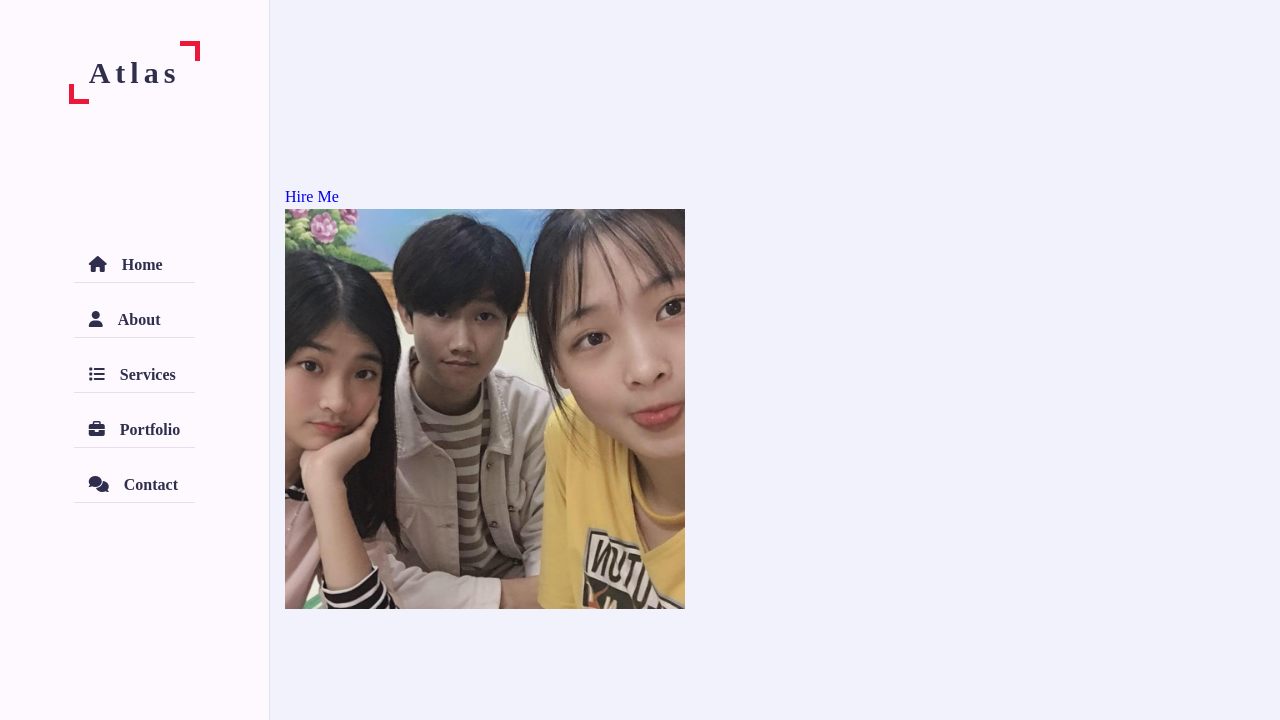
Repository: luanhoang0902/portfolio-ui
Page: index.html
The author's editor kept a copy of each file at every save. The page is drawn from the files as they stood at one save, then again after the next save.
The browser window is 1280 px wide. The pictures show the whole page.
Some web fonts or font styles are not loaded; a fallback is used. Some web libraries are served in a nearby version.

Above is the page before, as saved 2022-06-02 15:00:23.

### index.html
<!DOCTYPE html>
<html lang="en">
  <head>
    <meta charset="UTF-8" />
    <meta http-equiv="X-UA-Compatible" content="IE=edge" />
    <meta name="viewport" content="width=device-width, initial-scale=1.0" />
    <title>Document</title>

    <!--  ===== CSS Files ===== -->
    <link rel="stylesheet" href="./css/style.css" />
    <link rel="stylesheet" href="./css/skins/color-1.css" />
    <link
      rel="stylesheet"
      href="https://cdnjs.cloudflare.com/ajax/libs/font-awesome/6.1.1/css/all.min.css"
    />
  </head>
  <body>
    <!--  ===== Main Container Start> ===== -->
    <div class="main-container">
      <!--  ===== Aside Start> ===== -->
      <div class="aside">
        <div class="logo">
          <a href="#"><span>A</span>tlas</a>
        </div>
        <div class="nav-toggler">
          <span></span>
        </div>
        <ul class="nav">
          <li><a href="#"><i class="fa fa-home" class = "active"></i>Home</a></li>
          <li><a href="#"><i class="fa fa-user"></i>About</a></li>
          <li><a href="#"><i class="fa fa-list"></i>Services</a></li>
          <li><a href="#"><i class="fa fa-briefcase"></i>Portfolio</a></li>
          <li><a href="#"><i class="fa fa-comments"></i>Contact</a></li>
        </ul>
      </div>
      <!--  ===== Aside End> ===== -->
      <!--  ===== Main Content Start> ===== -->
      <div class="main-content">
        <!--  ===== Home Selection Start> ===== -->
        <section class="home section">
          <div class="container">
            <div class="row">
              <div class="homer-info">
                <h3 class="hello">Hello, my name is <span class="name">Alimi Mousaad</span></h3>
                <h3 class="my-profession">I'm a <span class="typing">web designer</span></h3>
                <p>Lorem ipsum, dolor sit amet consectetur adipisicing elit. Molestiae quos assumenda at illum nisi dolores sequi quisquam? Eaque, earum temporibus.</p>
                <a href="#contact" class = "btn hire-me">Hire Me</a>
              </div>
              <div class="home-img">
                <img src="./images/avatar.JPG" alt="">
              </div>
            </div>
          </div>
        </section>
        <!--  ===== Home Selection End> ===== -->
      </div>
       <!--  ===== Main Content End> ===== -->
    </div>
    <!--  ===== Main Container End> ===== -->
    <!--  ===== JS Files ===== -->
    <script src="js/script.js"></script>
  </body>
</html>

### css/style.css
/* import font chữ vào */
@import url('https://fonts.googleapis.com/css2?family=Clicker+Script&family=Montserrat:ital,wght@1,100&family=Poppins:ital,wght@0,200;0,300;0,400;0,500;0,700;1,600&display=swap');
/* Khai báo biến */
:root
{
    --bg-black-900: #f2f2fc;
    --bg-black-100: #fdf9ff;
    --bg-balck-50: #e8dfec;

    --text-black-900: #302e4d;
    --text-black-700: #504e70;
}

body
{
    line-height: 1.5;
    font-size: 16px;
    font-family: 'Poopins' sans-serif;
}

*
{
    margin: 0;
    padding: 0;
    outline: none;
    text-decoration: none;
    box-sizing: border-box;
}

::before,::after {
    box-sizing: border-box;
}

ul
{
    list-style: none;
}

.section
{
    background: var(--bg-black-900);
    min-height: 100vh;
    display: block;
    position: fixed;
    padding: 0 30px;
    left: 270px;
    top: 0;
    right: 0;
    opacity: 1;
}
.padd-15
{
    padding-left: 15px;
    padding-right: 15px;
}
.container
{
    max-width: 1100px;
    width: 100%;
    margin: auto;
}
.row
{
    display: flex;
    flex-wrap: wrap;
    margin-left: -15px;
    margin-right: -15px;
    position: relative;
}
/* aside */
.aside
{
    position: fixed;
    left: 0;
    top: 0;

    display: flex;
    justify-content: center;
    align-items: center;

    width: 270px;

    background: var(--bg-black-100);

    border-right: 1px solid var(--bg-balck-50);
    padding: 30px;
    height: 100%;
    z-index: 10;
}
.aside .logo
{
    position: absolute;
    top: 50px;
    font-size: 30px;
    text-transform: capitalize;
}
.aside .logo a
{
    position: relative;
    color: var(--text-black-900);
    font-weight: 700;

    padding: 15px 20px;
    font-size:30px;
    letter-spacing: 5px;
}
.aside .logo a span
{
    font-family: 'Click Script', cursive;
    font-family: 40px;
}
.aside .logo a::before
{
    content: '';
    position: absolute;
    bottom: 0;
    left: 0;
    width: 20px;
    height: 20px;

    border-bottom: 5px solid var(--skin-color);
    border-left: 5px solid var(--skin-color);
}
.aside .logo a::after
{
    content: '';
    position: absolute;
    top: 0;
    right: 0;
    width: 20px;
    height: 20px;

    border-top: 5px solid var(--skin-color);
    border-right: 5px solid var(--skin-color);
}
.aside .nav-toggler
{
    height: 40px;
    width: 45px;
    border: 1px solid var(--bg-balck-50);
    cursor: pointer;
    position: fixed;
    left: 300px;
    top: 20px;
    border-radius: 5px;
    background: var(--bg-balck-100);
    display: none;
    justify-content: center;
    align-items: center;
}
.aside .nav-toggler span
{
    height: 2px;
    width: 18px;
    background: var(--skin-color);
    display: inline-block;
    position: relative;
}
.aside .nav-toggler span::before
{
    content: '';
    height: 2px;
    width: 18px;
    background: var(--skin-color);
    position: absolute;
    top: -6px;
    left: 0;
}
.aside .nav-toggler span::after
{
    content: '';
    height: 2px;
    width: 18px;
    background: var(--skin-color);
    position: absolute;
    top: 6px;
    left: 0;
}
.aside .nav
{
    margin-top: 50px;
}
.aside .nav li
{
    margin-bottom: 20px;
    display: block;
}
.aside .nav li a
{
    font-size: 16px;
    font-weight: 600;
    display: block;
    border-bottom: 1px solid var(--bg-balck-50);
    color: var(--text-black-900);
    padding: 5px 15px;
}
.aside .nav li a.active
{
    color: var(--skin-color);
}
.aside .nav li a i
{
    margin-right: 15px;
}
/* Home */
.home
{
    min-height: 100vh;
    display: flex;
    color: var(--bg-black-900);

}
.home .home-img img
{
    height: 400px;

}

Loaded but not shown: css/skins/color-1.css (common file); js/script.js (no copy from this time; the picture is the same without it)

After the next save:
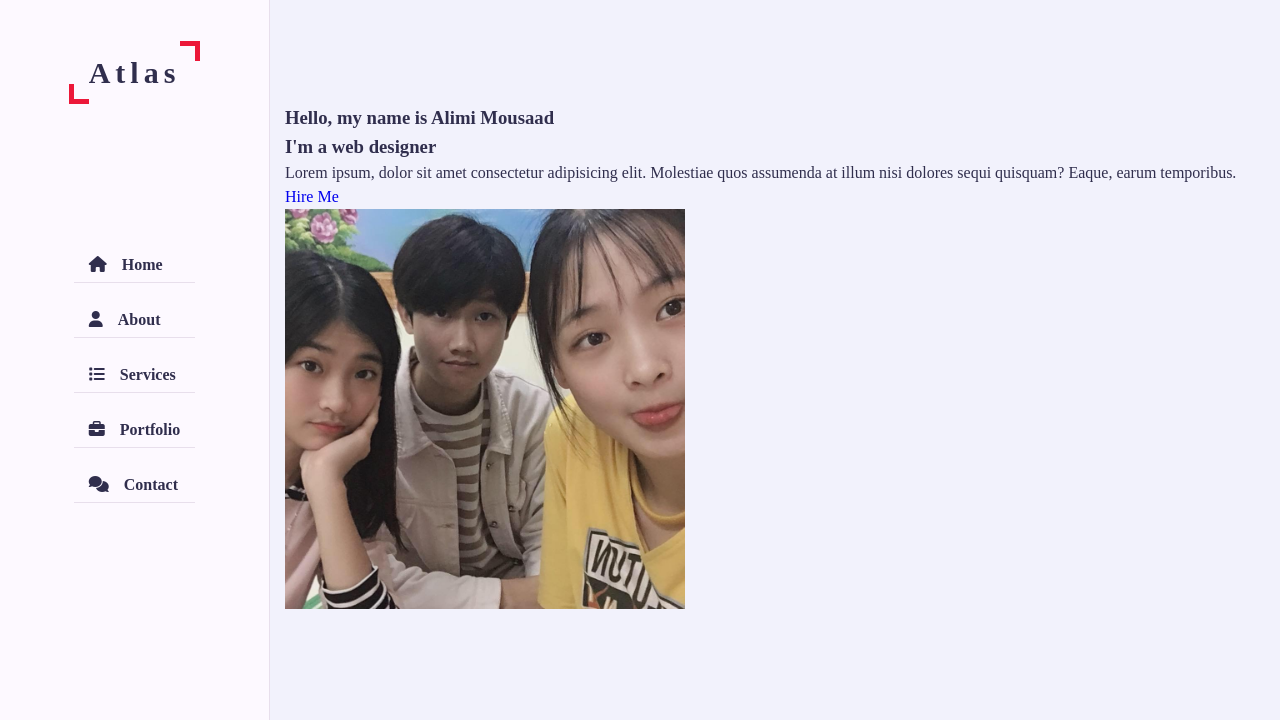
Saved 6 s later.
--- a/css/style.css
+++ b/css/style.css
@@ -207,7 +207,7 @@
 {
     min-height: 100vh;
     display: flex;
-    color: var(--bg-black-900);
+    color: var(--text-black-900);
 
 }
 .home .home-img img
